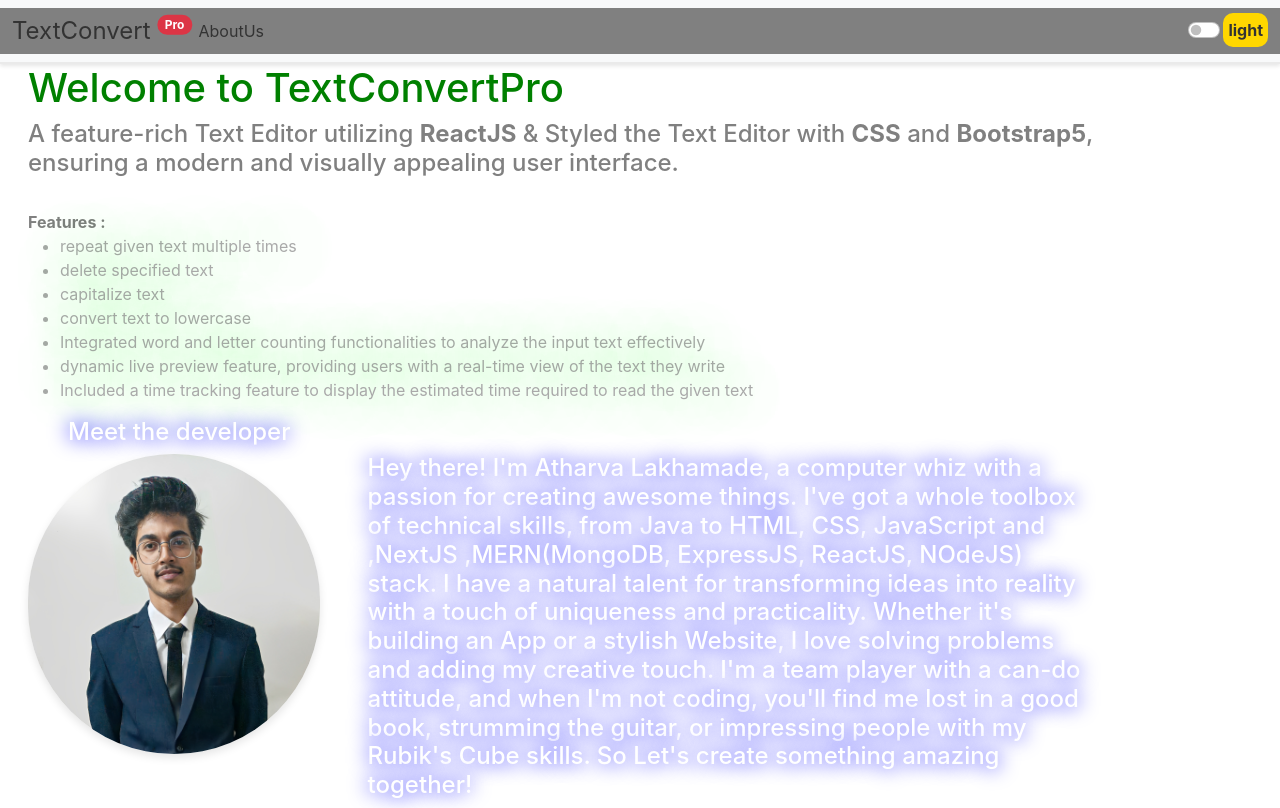
Repository: atha2810/TextConvertPro
Page: /about
An editor plug-in stored every save of this project. The page is shown before and after the next save, followed by the edit.
The browser window is 1280 px wide. The pictures show the whole page.
The project was rebuilt for these pictures with package versions that can differ from the ones it lists, and the page was loaded fresh each time. Also part of the build but not shown: src/css/TextForm.css, src/TextForm.js.

Above is the page before, as saved 2024-07-25 19:43:19.

After the next save:
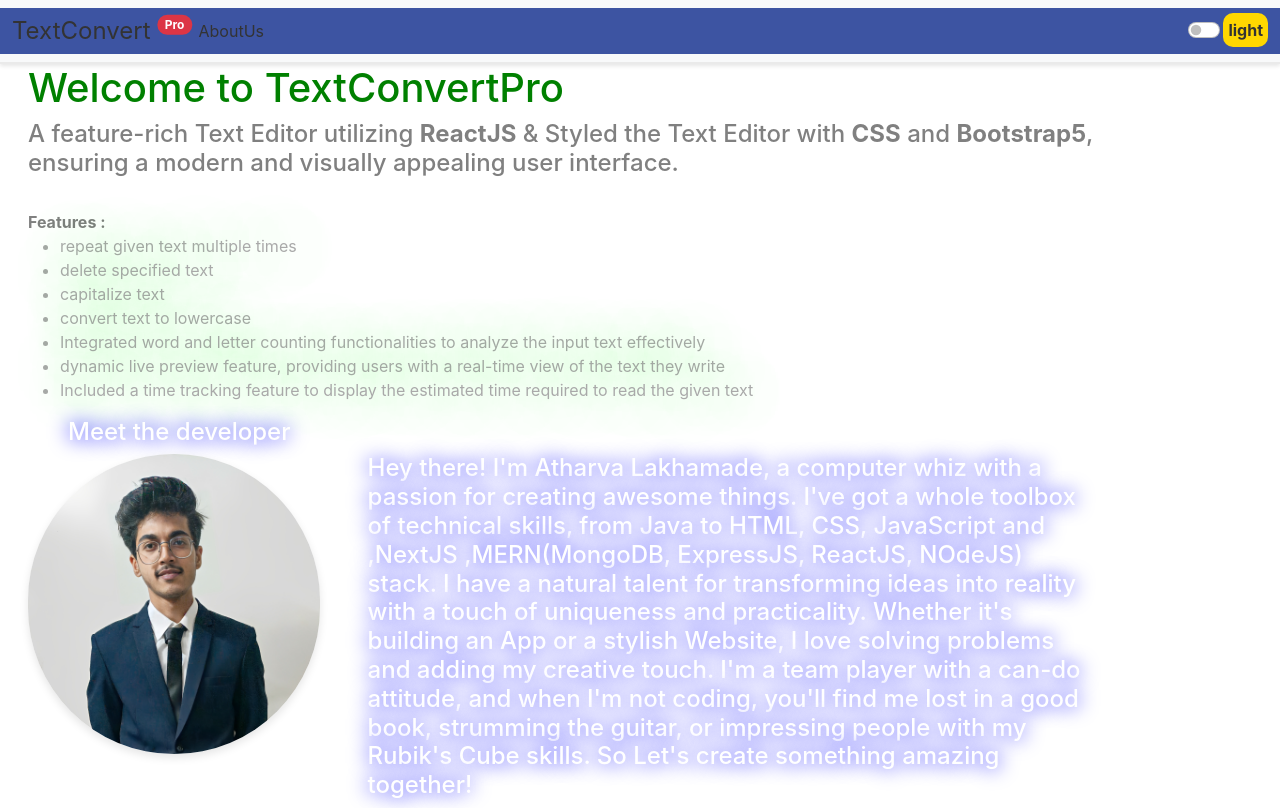
Saved 46 s later.
--- a/src/components/Navbar.js
+++ b/src/components/Navbar.js
@@ -6,7 +6,7 @@ export default function Navbar(props) {
     <nav
       className={`navbar navbar-expand-lg navbar-${props.mode} bg-${props.mode}`}
     >
-      <div className="container-fluid" style={{ backgroundColor:"grey"}}>
+      <div className="container-fluid" style={{ backgroundColor:"#3D54A2"}}>
         <Link className="navbar-brand" to="/TextConvertPro">
           {props.logo}
           <button className="btn position-relative">
